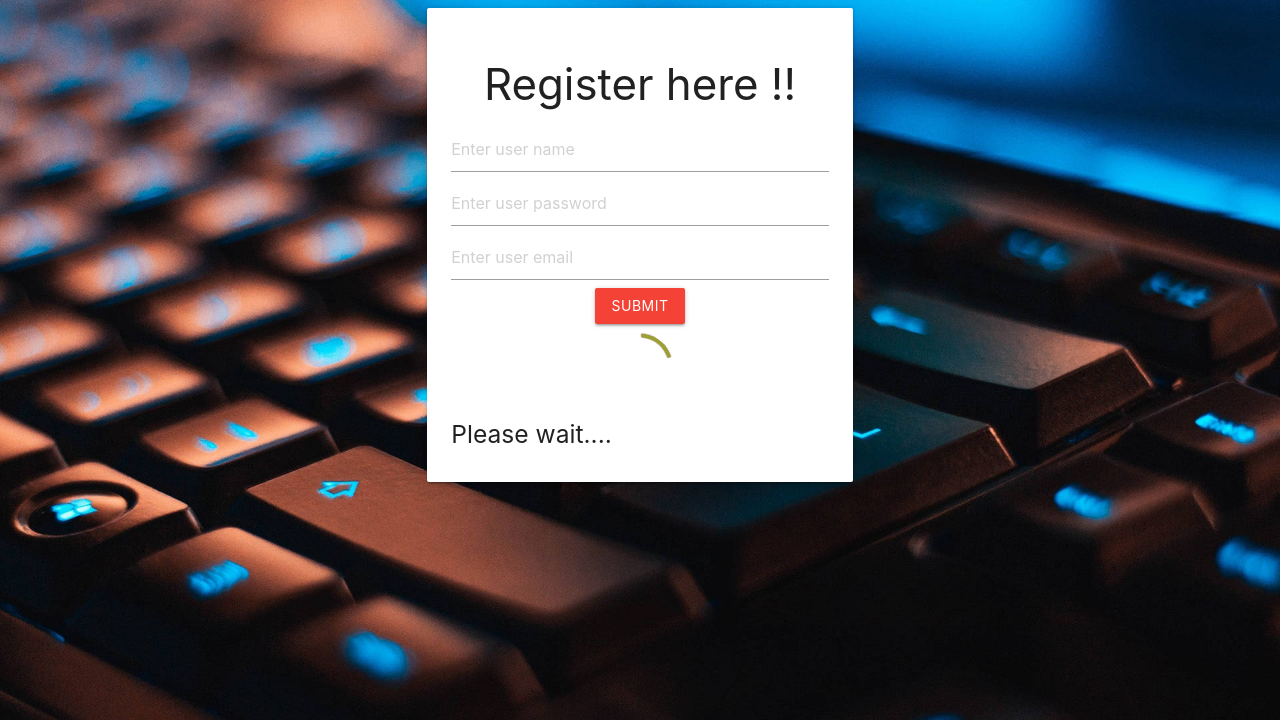
Repository: ShaileshMishr/Javanew
Page: http://localhost/Register/signup.jsp
These files come from the project's save history. The page is drawn as it stood at one moment and after the next save; the edit follows.
The browser window is 1280 px wide. The pictures show the whole page.
The page is served by Tomcat 10. Other server files are loaded and not shown.

Above is the page before, as saved 2023-10-11 21:44:10.

### Register/src/main/webapp/signup.jsp
<%@ page language="java" contentType="text/html; charset=ISO-8859-1"
    pageEncoding="ISO-8859-1"%>
<!DOCTYPE html>
<html>
<head>
<meta charset="ISO-8859-1">
<title>Register Page</title>

 <!-- Compiled and minified CSS -->
    <link rel="stylesheet" href="https://cdnjs.cloudflare.com/ajax/libs/materialize/1.0.0/css/materialize.min.css">

    <!-- Compiled and minified JavaScript -->
    <script src="https://cdnjs.cloudflare.com/ajax/libs/materialize/1.0.0/js/materialize.min.js"></script>


</head>
<body style="background: url(img/key.jpg);background-size: cover;background-attachment: fixed;" >
<div class="container">
<div class="row">
<div class="col m6 offset-m3">
<div class="card">
<div class="card-content">
<h3 style="margin-top;" class="center-align">Register here !!</h3>
<div class="form center-align">
<!--  creating form -->

<form action="Register" method="post">
<input type="text" name="user_name" placeholder="Enter user name" />
<input type="password" name="user_password" placeholder="Enter user password" />
<input type="email" name="user_email" placeholder="Enter user email" />

<button type="submit" class="btn red">Submit</button>
</form>
</div>
<div class="loader center-align" style="margin-top:10px;">
<div class="preloader-wrapper big active">
      <div class="spinner-layer spinner-blue">
        <div class="circle-clipper left">
          <div class="circle"></div>
        </div><div class="gap-patch">
          <div class="circle"></div>
        </div><div class="circle-clipper right">
          <div class="circle"></div>
        </div>
      </div>

      <div class="spinner-layer spinner-red">
        <div class="circle-clipper left">
          <div class="circle"></div>
        </div><div class="gap-patch">
          <div class="circle"></div>
        </div><div class="circle-clipper right">
          <div class="circle"></div>
        </div>
      </div>

      <div class="spinner-layer spinner-yellow">
        <div class="circle-clipper left">
          <div class="circle"></div>
        </div><div class="gap-patch">
          <div class="circle"></div>
        </div><div class="circle-clipper right">
          <div class="circle"></div>
        </div>
      </div>

      <div class="spinner-layer spinner-green">
        <div class="circle-clipper left">
          <div class="circle"></div>
        </div><div class="gap-patch">
          <div class="circle"></div>
        </div><div class="circle-clipper right">
          <div class="circle"></div>
        </div>
      </div>
    </div>

</div>

<h5>Please wait....</h5>


</div>
</div>
</div>
</div>



</body>
</html>

After the next save:
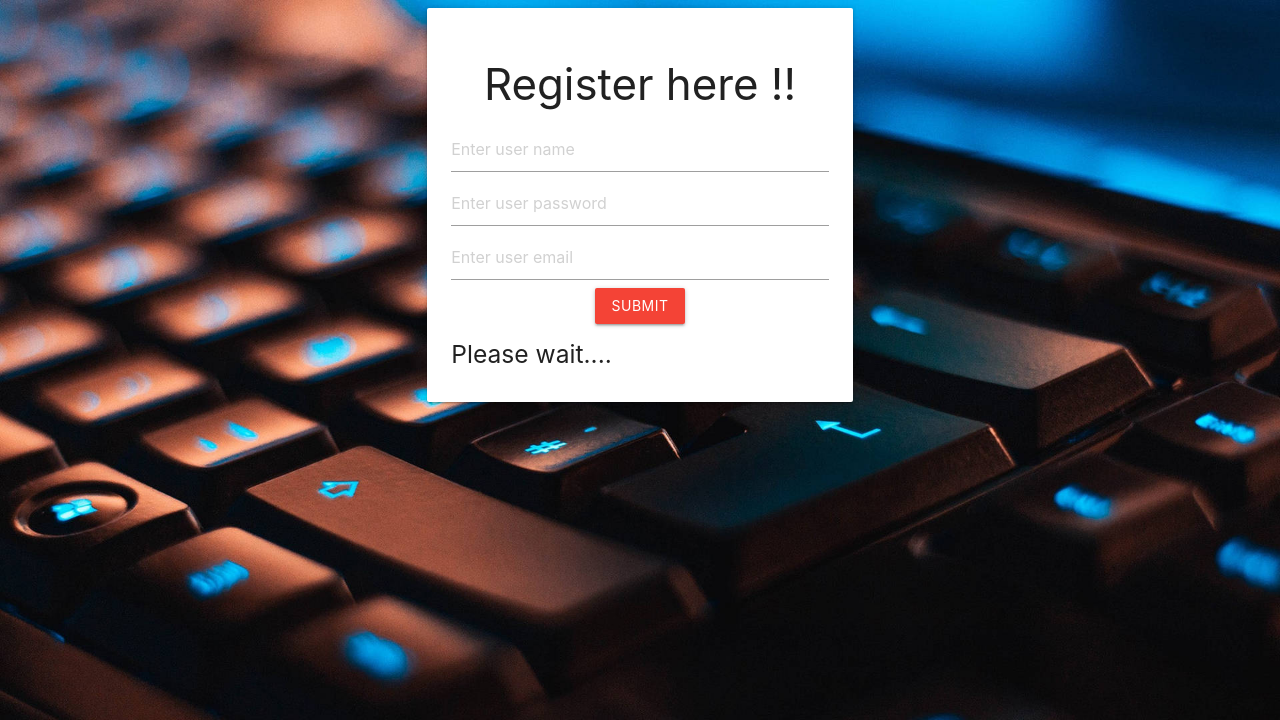
Saved 34 s later.
--- a/Register/src/main/webapp/signup.jsp
+++ b/Register/src/main/webapp/signup.jsp
@@ -32,7 +32,7 @@
 <button type="submit" class="btn red">Submit</button>
 </form>
 </div>
-<div class="loader center-align" style="margin-top:10px;">
+<div class="loader center-align" style="margin-top:10px; display:none">
 <div class="preloader-wrapper big active">
       <div class="spinner-layer spinner-blue">
         <div class="circle-clipper left">
